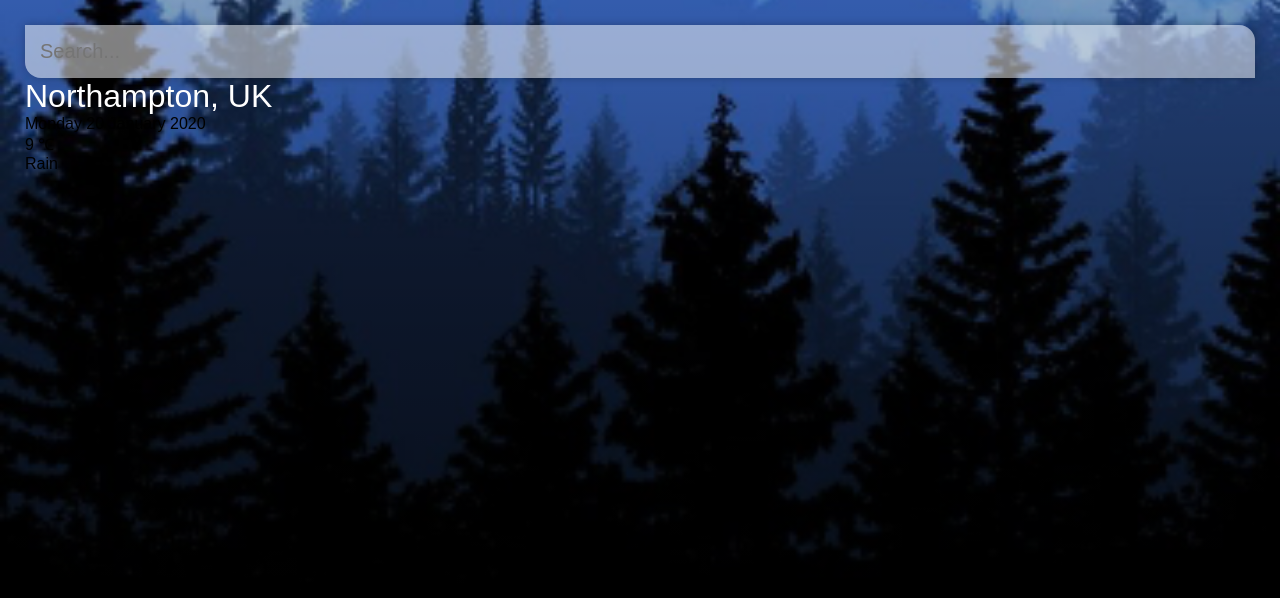
Repository: AbApin/vue-simple-weather-app
Page: /
An editor plug-in stored every save of this project. The page is shown before and after a run of saves, followed by the edit.
The browser window is 1280 px wide. The pictures show the whole page.
The project was rebuilt for these pictures with package versions that can differ from the ones it lists, and the page was loaded fresh each time. Also part of the build but not shown: vue.config.js.

Above is the page before, as saved 2022-11-24 12:13:33.

### src/App.vue
<template>
  <div id="app">
    <main>
      <div class="search-box">
        <input type="text" class="search-bar" placeholder="Search..." />
      </div>

      <div class="weather-wrap">
        <div class="location-box">
          <h3 class="location">Northampton, UK</h3>
          <p class="date">Monday 20 January 2020</p>
        </div>
      </div>

      <div class="wetaher-box">
        <p class="temp">9 ℃</p>
        <p class="weather">Rain</p>
      </div>
    </main>
  </div>
</template>

<script>
export default {
  name: 'App',
};
</script>

<style>
* {
  margin: 0;
  padding: 0;
  box-sizing: border-box;
}
body {
  font-family: 'Montserrat', sans-serif;
}
#app {
  background-image: url('./assets/cold-bg.jpg');
  background-size: cover;
  background-position: bottom;
  transition: 0.4s;
}
main {
  min-height: 100vh;
  padding: 25px;
  background: linear-gradient(to bottom, rgba(0, 0, 0, 0.25), rgba(0, 0, 0, 0.75));
}
.search-box .search-bar {
  display: block;
  width: 100%;
  padding: 15px;
  color: #313131;
  font-size: 20px;
  border: none;
  outline: none;
  appearance: none;
  background: none;
  box-shadow: 0 0 8px rgba(0, 0, 0, 0.25);
  background-color: rgba(255, 255, 255, 0.5);
  border-radius: 0 16px 0 16px;
}
.search-box .search-bar:focus {
  box-shadow: 0 0 16px rgba(0, 0, 0, 0.25);
  background-color: rgba(255, 255, 255, 0.75);
  border-radius: 16px 0 16px 0;
}

.location-box .location{
  color: #fff;
  font-size: 32px;
  font-weight: normal;
}
</style>

Loaded but not shown: public/index.html (common file); src/main.js (common file)

After the next 5 saves:
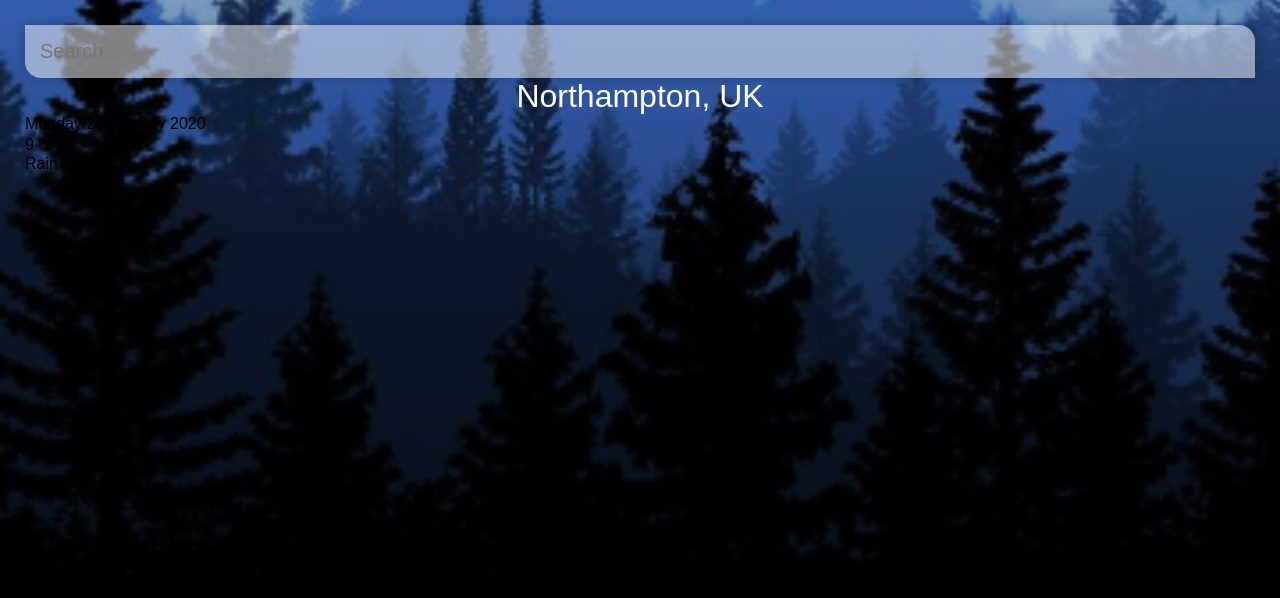
The 5 saves are shown as one change because they came seconds apart.
The last was saved 15 s later.
--- a/src/App.vue
+++ b/src/App.vue
@@ -69,6 +69,8 @@ main {
 .location-box .location{
   color: #fff;
   font-size: 32px;
-  font-weight: normal;
+  font-weight: 500;
+  text-align: center;
+  text-shadow: ;
 }
 </style>
